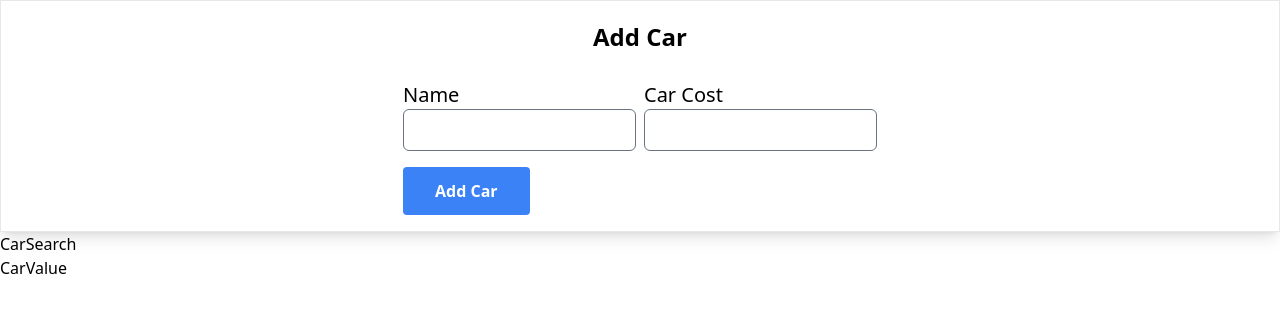
Repository: Marhamat92/carsappreduxtoolkit
Page: /
An editor plug-in stored every save of this project. The page is shown before and after the next save, followed by the edit.
The browser window is 1280 px wide. The pictures show the whole page.
The project was rebuilt for these pictures with package versions that can differ from the ones it lists, and the page was loaded fresh each time.

Above is the page before, as saved 2023-01-23 23:08:32.

### src/index.js
import React from 'react';
import ReactDOM from 'react-dom/client';
import './index.css';
import App from './App';
import { Provider } from 'react-redux';
import { store } from './store'


const root = ReactDOM.createRoot(document.getElementById('root'));
root.render(
  <Provider store={store}>
    <App />
  </Provider>
);

### src/App.js
import CarForm from "./components/CarForm";
import CarList from "./components/CarList";
import CarSearch from "./components/CarSearch";
import CarValue from "./components/CarValue";


function App() {
  return (
    <div className="container mx-auto">
      <CarForm />
      <CarSearch />
      <CarList />
      <CarValue />
    </div>
  );
}

export default App;

### src/store/index.js
import { configureStore } from "@reduxjs/toolkit";
import {
  carsReducer,
  addCar,
  removeCar,
  changeSearchTerm,
} from "./slices/carsSlice";
import { formReducer, changeName, changeCost } from "./slices/formSlice";

const store = configureStore({
  reducer: {
    cars: carsReducer,
    form: formReducer,
  },
})

export { store, addCar, removeCar, changeSearchTerm, changeName, changeCost };

### src/components/CarForm.js
import React from 'react'
import { useDispatch, useSelector } from 'react-redux'
import { changeName, changeCost, addCar } from '../store'



function CarForm() {
  const dispatch = useDispatch(); // this is the hook that allows us to dispatch actions to the store
  const { name, cost } = useSelector((state) => { // this is the hook that allows us to access the store
    return {
      name: state.form.name,
      cost: state.form.cost
    }
  })


  const handleNameChange = (e) => {
    dispatch(changeName(e.target.value))
  }

  const handleCostChange = (e) => {
    const carCost = parseInt(e.target.value) || 0;
    dispatch(changeCost(carCost))

  }


  const handleSubmit = (e) => {
    e.preventDefault();
    dispatch(addCar({ name, cost }))
  }



  return (
    <div className='flex flex-col items-center justify-center border shadow-lg py-4'>
      <h1 className='font-bold text-2xl py-1' >Add Car</h1>
      <div className='mt-6'>
        <form onSubmit={handleSubmit} className=''>
          <div className='flex flex-row space-x-2'>
            <div className='flex flex-col'>
              <label className='text-xl' htmlFor='make'>Name</label>
              <input className=' border border-gray-500 rounded-md py-2

              ' value={name} onChange={handleNameChange} type='text' name='carName' id='carName' />
            </div>
            <div className='flex flex-col'>
              <label className='text-xl' htmlFor='price'>Car Cost</label>
              <input className=' border border-gray-500 rounded-md py-2

              ' value={cost || ''} onChange={handleCostChange} type='number' name='price' id='price' />
            </div>
          </div>
          <button className='bg-blue-500 hover:bg-blue-700 text-white font-bold py-3  px-8 rounded mt-4' type='submit'>Add Car</button>
        </form>
      </div>
    </div>
  )
}

export default CarForm

### src/components/CarList.js
import React from 'react'
import { useSelector, useDispatch } from 'react-redux'
import { removeCar } from '../store'


function CarList() {


  const dispatch = useDispatch();

  const cars = useSelector((state) => {
    return state.cars.data;
  })

  const handleDeleteCar = (car) => {
    dispatch(removeCar(car.id))
  }



  const renderedCars = cars.map((car) => {
    return (
      <div className='flex space-x-3 space-y-3 items-center' key={car.id}>
        <p className='text-3xl' >{car.name} - ${car.cost}</p>
        <button onClick={() => handleDeleteCar(car)} className='bg-red-500 px-4 py-2 text-3xl rounded-md'>
          Remove
        </button>
      </div>
    )
  })




  return (
    <div>{renderedCars}</div>
  )
}

export default CarList

### src/components/CarSearch.js
import React from 'react'

function CarSearch() {
  return (
    <div>CarSearch</div>
  )
}

export default CarSearch

### src/components/CarValue.js
import React from 'react'

function CarValue() {
  return (
    <div>CarValue</div>
  )
}

export default CarValue

### src/store/slices/carsSlice.js
import { createSlice, nanoid } from '@reduxjs/toolkit';

const carsSlice = createSlice({
  name: 'cars',
  initialState: {
    data: [],
    searchTerm: ''
  },
  reducers: {
    changeSearchTerm(state, action) {
      state.searchTerm = action.payload;
    },
    addCar(state, action) {
      //Assumption:
      //action.payload is an object with the following properties:
      //name, cost, id
      state.data.push({
        name: action.payload.name,
        cost: action.payload.cost,
        id: nanoid()
      })
    },
    removeCar(state, action) {
      //Assumption:
      //action.payload is the id of the car to remove
      const updatedCars = state.data.filter((car) => {
        return car.id !== action.payload;
      })
      state.data = updatedCars;
    }

  }
})

export const { changeSearchTerm, addCar, removeCar } = carsSlice.actions;
export const carsReducer = carsSlice.reducer;

### src/store/slices/formSlice.js
import { createSlice } from '@reduxjs/toolkit';

const formSlice = createSlice({
  name: 'form',
  initialState: {
    name: '',
    cost: 0
  },
  reducers: {
    changeName(state, action) {
      state.name = action.payload;
    },
    changeCost(state, action) {
      state.cost = action.payload;
    }
  }
})

export const { changeName, changeCost } = formSlice.actions;
export const formReducer = formSlice.reducer;

Loaded but not shown: public/index.html (common file); src/index.css (common file); tailwind.config.js (common file)

After the next save:
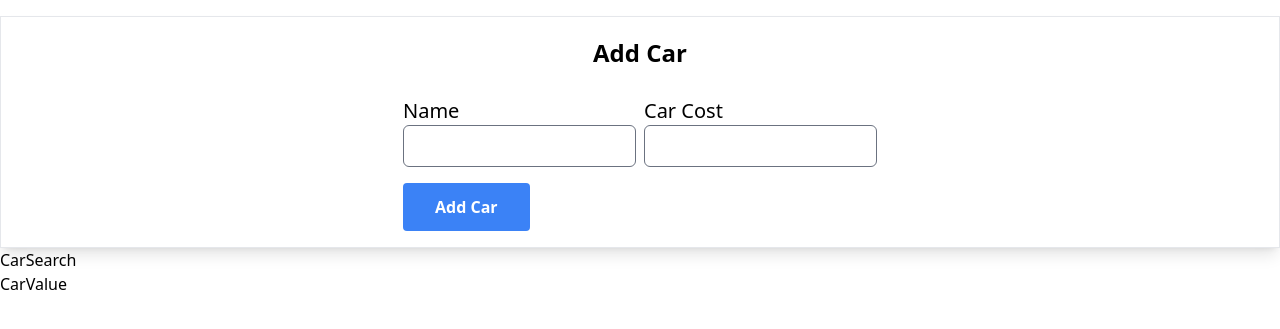
Saved 7 s later.
--- a/src/components/CarForm.js
+++ b/src/components/CarForm.js
@@ -33,7 +33,7 @@ function CarForm() {
 
 
   return (
-    <div className='flex flex-col items-center justify-center border shadow-lg py-4'>
+    <div className='flex flex-col items-center justify-center border shadow-lg py-4 mt-4'>
       <h1 className='font-bold text-2xl py-1' >Add Car</h1>
       <div className='mt-6'>
         <form onSubmit={handleSubmit} className=''>
